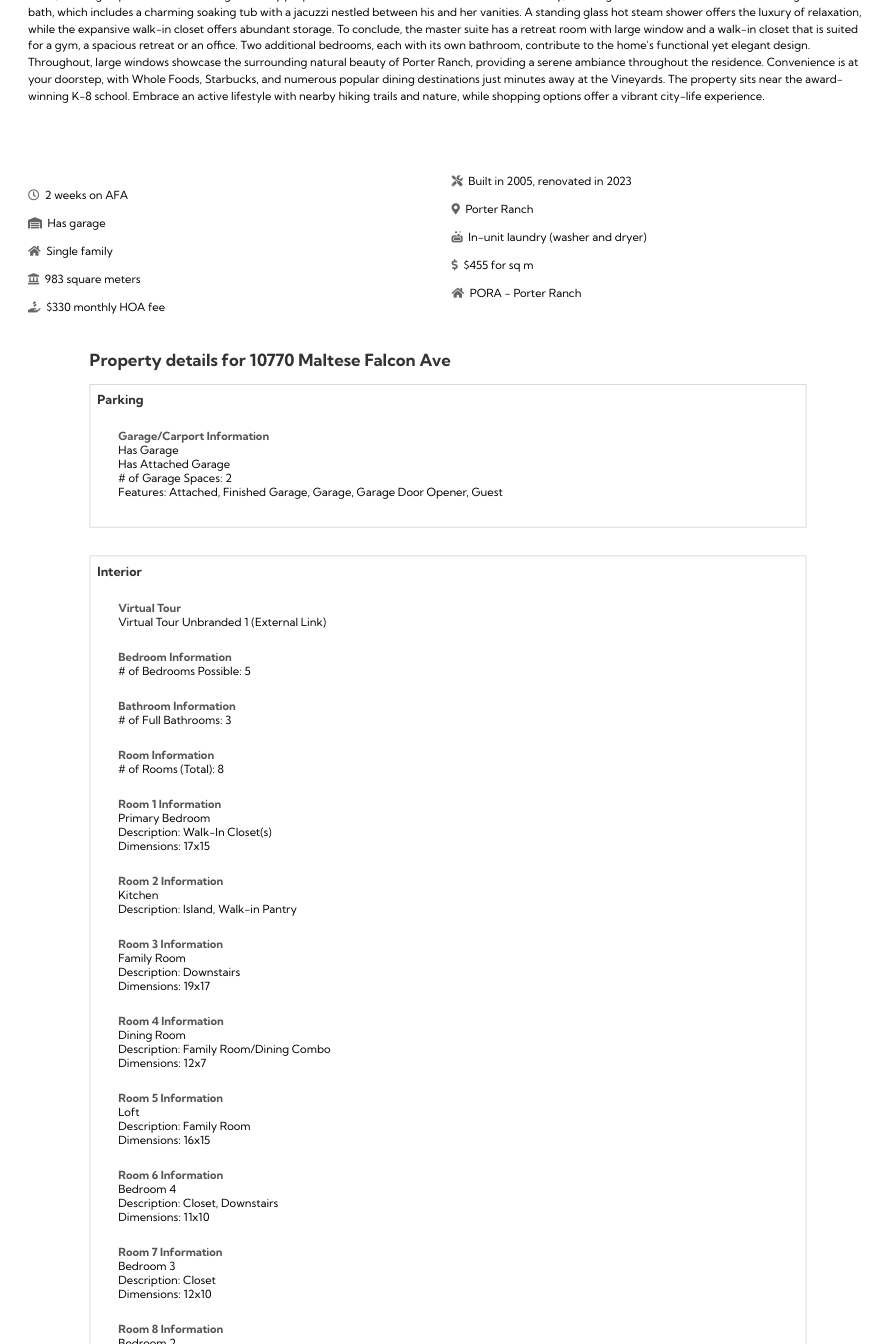
Repository: MrAllin1/ProgWWW_23_Gr1
Page: pages/House4.html
The author's editor kept a copy of each file at every save. The page is drawn from the files as they stood at one save, then again after the next save.
The browser window is 1280 px wide. The pictures show the part of the page from y = 862 to 2782 px (the page is 6290 px tall before and 6310 px after), at 70% of full size.
Some web libraries are served in a nearby version.

Above is the page before, as saved 2024-01-11 12:10:46.

### pages/House4.html
<!DOCTYPE html>
<html lang="en">
<head>
    <meta charset="UTF-8">
    <meta name="viewport" content="width=device-width, initial-scale=1.0">
    <link rel="stylesheet" type="text/css" href="../pages/stylesForHouse.css">
    <script src="https://kit.fontawesome.com/186711ed6a.js" crossorigin="anonymous"></script>
    <link rel="preconnect" href="https://fonts.googleapis.com">
    <link rel="preconnect" href="https://fonts.gstatic.com" crossorigin>
    <link href="https://fonts.googleapis.com/css2?family=Kumbh+Sans:wght@400;700&display=swap" rel="stylesheet">
    <link rel="stylesheet" href="https://cdnjs.cloudflare.com/ajax/libs/font-awesome/5.15.4/css/all.min.css">
    <title>House on Porter Ranch</title>
</head>
<body>
    <nav class="navbar">
        <div class="navbar_container">
            <a href="/" id="navbar_logo"> <i class="fas fa-house-flag"></i>AFA</a>
            <div class="navbar_toggle" id="mobile-menu">
                <span class="bar"></span>
                <span class="bar"></span>
                <span class="bar"></span>
            </div>
            <ul class="navbar_menu">
                <li class="navbar_item">
                    <a href="#home" class="navbar_link">Home</a>
                </li>
                <li class="navbar_item">
                    <a href="#services" class="navbar_link">Services</a>
                </li>
                <li class="navbar_item">
                    <a href="/pages/BuyRent.html" class="navbar_link">Buy/Rent</a>
                </li>
                <li class="navbar_item">
                    <a href="/pages/sell.html" class="navbar_link">Sell</a>
                </li>
                <li class="navbar_btn">
                    <a href="/pages/signUp.html" class="button">Sign Up</a>
                </li>
            </ul>
        </div>
    </nav>
    <div class="gallery-container">
        <h1>Welcome to the Porter Ranch, CA 91326 House</h1> </br>
        <a href="https://www.google.com/maps/place/20352+Via+Galileo,+Porter+Ranch,+CA+91326" target="_blank" class="services_link">20352 Via Galileo, Porter Ranch, CA 91326</a>
        <p>$2,149,000</p>
        <span>439 square meters</span>
        <div class="gallery">
            <img src="/images/House_5/item_1.jpg" alt="Image 1" />
            <img src="/images/House_5/item_2.jpg" alt="Image 2" />
            <img src="/images/House_5/item_3.jpg" alt="Image 3" />
            <img src="/images/House_5/item_4.jpg" alt="Image 4" />
            <img src="/images/House_5/item_5.jpg" alt="Image 5" />
            <img src="/images/House_5/item_6.jpg" alt="Image 6" />
            <img src="/images/House_5/item_7.jpg" alt="Image 7" />
            <img src="/images/House_5/item_8.jpg" alt="Image 8" />
            <img src="/images/House_5/item_9.jpg" alt="Image 9" />
            <img src="/images/House_5/item_10.jpg" alt="Image 10" />
            <img src="/images/House_5/item_11.jpg" alt="Image 11" />
            <img src="/images/House_5/item_12.jpg" alt="Image 12" />
            <img src="/images/House_5/item_13.jpg" alt="Image 13" />
            <img src="/images/House_5/item_14.jpg" alt="Image 14" />
            <img src="/images/House_5/item_15.jpg" alt="Image 15" />
            <img src="/images/House_5/item_16.jpg" alt="Image 16" />
            <img src="/images/House_5/item_17.jpg" alt="Image 17" />
            <img src="/images/House_5/item_18.jpg" alt="Image 18" />
            <img src="/images/House_5/item_19.jpg" alt="Image 19" />
            <img src="/images/House_5/item_20.jpg" alt="Image 20" />
            <img src="/images/House_5/item_21.jpg" alt="Image 21" />
            <img src="/images/House_5/item_22.jpg" alt="Image 22" />
            <img src="/images/House_5/item_23.jpg" alt="Image 23" />
            <img src="/images/House_5/item_24.jpg" alt="Image 24" />
            <img src="/images/House_5/item_25.jpg" alt="Image 25" />
            <img src="/images/House_5/item_26.jpg" alt="Image 26" />
            <img src="/images/House_5/item_27.jpg" alt="Image 27" />
            <img src="/images/House_5/item_28.jpg" alt="Image 28" />
            <img src="/images/House_5/item_29.jpg" alt="Image 29" />
            <img src="/images/House_5/item_30.jpg" alt="Image 30" />
            <img src="/images/House_5/item_31.jpg" alt="Image 31" />
            <img src="/images/House_5/item_32.jpg" alt="Image 32" />
            <img src="/images/House_5/item_33.jpg" alt="Image 33" />
            <img src="/images/House_5/item_34.jpg" alt="Image 34" />
            <img src="/images/House_5/item_35.jpg" alt="Image 35" />
            <img src="/images/House_5/item_36.jpg" alt="Image 36" />
            <img src="/images/House_5/item_37.jpg" alt="Image 37" />
            <img src="/images/House_5/item_38.jpg" alt="Image 38" />
            <img src="/images/House_5/item_39.jpg" alt="Image 39" />
            <img src="/images/House_5/item_40.jpg" alt="Image 40" />
            <img src="/images/House_5/item_41.jpg" alt="Image 41" />
            <img src="/images/House_5/item_42.jpg" alt="Image 42" />
            <img src="/images/House_5/item_43.jpg" alt="Image 43" />
            <img src="/images/House_5/item_44.jpg" alt="Image 44" />
            <img src="/images/House_5/item_45.jpg" alt="Image 45" />
            <img src="/images/House_5/item_46.jpg" alt="Image 46" />
            <img src="/images/House_5/item_47.jpg" alt="Image 47" />
            <img src="/images/House_5/item_48.jpg" alt="Image 48" />
            <img src="/images/House_5/item_49.jpg" alt="Image 49" />
        </div>

          <button class="arrow-button left">&#8249;</button>
          <button class="arrow-button right">&#8250;</button>
          <p><strong> About this home</strong></br> Indulge in luxury living amidst panoramic sunset views within the esteemed gated community of Renaissance at Porter Ranch. Enter this two-story 4,721 sqft estate through a spacious foyer accented by floating marble stairs and an iron-rod spiral staircase leading to the upper level. The main floor boasts a high ceiling living room anchored by a fireplace over travertine flooring. The family room is bathed in natural light streaming from glass large window that faces the yard for spectacular unobstructed hillside views. Adjacent to the family area is the gourmet kitchen, outfitted with stainless steel appliances and cabinetry. The main level also features a versatile space, and two convenient bedrooms with an attached bathroom for each. The expansive backyard boasts magnificent sunset views, a spacious solar-heated pool with fountain filtration, a spa, and a fireplace. Ascending to the upper level reveals a sizable den that can be used as an office or a game room, offering a spacious retreat. The generously proportioned master suite exudes comfort and luxury, boasting hardwood floor and marble flooring in the master bath, which includes a charming soaking tub with a jacuzzi nestled between his and her vanities. A standing glass hot steam shower offers the luxury of relaxation, while the expansive walk-in closet offers abundant storage. To conclude, the master suite has a retreat room with large window and a walk-in closet that is suited for a gym, a spacious retreat or an office. Two additional bedrooms, each with its own bathroom, contribute to the home's functional yet elegant design. Throughout, large windows showcase the surrounding natural beauty of Porter Ranch, providing a serene ambiance throughout the residence. Convenience is at your doorstep, with Whole Foods, Starbucks, and numerous popular dining destinations just minutes away at the Vineyards. The property sits near the award-winning K-8 school. Embrace an active lifestyle with nearby hiking trails and nature, while shopping options offer a vibrant city-life experience.</p>
    </div>
</br>
    <div class="property-features">
      <div class="feature">
        <i class="far fa-clock"></i> 2 weeks on AFA
      </div>
      <div class="feature">
        <i class="fas fa-warehouse"></i> Has garage
      </div>
      <div class="feature">
        <i class="fas fa-home"></i> Single family
      </div>
      <div class="feature">
        <i class="fas fa-landmark"></i> 983 square meters
      </div>
      <div class="feature">
        <i class="fas fa-hand-holding-usd"></i> $330 monthly HOA fee
      </div>
      <div class="feature">
        <i class="fas fa-tools"></i> Built in 2005, renovated in 2023
      </div>
      <div class="feature">
        <i class="fas fa-map-marker-alt"></i> Porter Ranch
      </div>
      <div class="feature">
        <i class="fas fa-soap"></i>In-unit laundry (washer and dryer)
      </div>
      <div class="feature">
        <i class="fas fa-dollar-sign"></i> $455 for sq m
    </div>
      <div class="feature">
        <i class="fas fa-home"></i> PORA - Porter Ranch
      </div>
    </div>
    <div class="container">
        <h1>Property details for 10770 Maltese Falcon Ave</h1>
        <div class="details">
            <div class="section">
                <h2>Parking</h2>
                <ul>
                    <li><strong>Garage/Carport Information</strong><br>
                        Has Garage<br>
                        Has Attached Garage<br>
                        # of Garage Spaces: 2<br>
                        Features: Attached, Finished Garage, Garage, Garage Door Opener, Guest
                    </li>
                </ul>
            </div>
        </div>

        <div class="details">
            <div class="section">
                <h2>Interior</h2>
                <ul>
                    <li><strong>Virtual Tour</strong><br>
                        Virtual Tour Unbranded 1 (External Link)
                    </li>
                    <li><strong>Bedroom Information</strong><br>
                        # of Bedrooms Possible: 5
                    </li>
                    <li><strong>Bathroom Information</strong><br>
                        # of Full Bathrooms: 3
                    </li>
                    <li><strong>Room Information</strong><br>
                        # of Rooms (Total): 8
                    </li>
                    <li><strong>Room 1 Information</strong><br>
                        Primary Bedroom<br>
                        Description: Walk-In Closet(s)<br>
                        Dimensions: 17x15
                    </li>
                    <li><strong>Room 2 Information</strong><br>
                        Kitchen<br>
                        Description: Island, Walk-in Pantry
                    </li>
                    <li><strong>Room 3 Information</strong><br>
                        Family Room<br>
                        Description: Downstairs<br>
                        Dimensions: 19x17
                    </li>
                    <li><strong>Room 4 Information</strong><br>
                        Dining Room<br>
                        Description: Family Room/Dining Combo<br>
                        Dimensions: 12x7
                    </li>
                    <li><strong>Room 5 Information</strong><br>
                        Loft<br>
                        Description: Family Room<br>
                        Dimensions: 16x15
                    </li>
                    <li><strong>Room 6 Information</strong><br>
                        Bedroom 4<br>
                        Description: Closet, Downstairs<br>
                        Dimensions: 11x10
                    </li>
                    <li><strong>Room 7 Information</strong><br>
                        Bedroom 3<br>
                        Description: Closet<br>
                        Dimensions: 12x10
                    </li>
                    <li><strong>Room 8 Information</strong><br>
                        Bedroom 2<br>
                        Description: Closet<br>
                        Dimensions: 12x11
                    </li>
                    <li><strong>Laundry Information</strong><br>
                        Features: Gas Dryer Hookup, Laundry Room, Upper Level
                    </li>
                    <li><strong>Equipment</strong><br>
                        Appliances: Built-In Gas Oven, Dryer, Dishwasher, Gas Cooktop, Disposal, Microwave, Refrigerator, Washer
                    </li>
                    <li><strong>Interior Features</strong><br>
                        Window Features: Blinds, Double Pane Windows, Drapes, Insulated Windows, Window Treatments<br>
                        Unfurnished<br>
                        Flooring: Laminate, Tile<br>
                        Other Features: Bedroom on Main Level, None, Window Treatments, Programmable Thermostat
                    </li>
                </ul>
            </div>
        </div>

        <div class="details">
            <div class="section">
                <h2>Exterior</h2>
                <ul>
                    <li><strong>Building Information</strong><br>
                        Stories: 2<br>
                        Year Built Details: RESALE<br>
                        Roof Details: Tile
                    </li>
                    <li><strong>Exterior Features</strong><br>
                        Exterior Features: Barbecue, Patio, Private Yard, Sprinkler/Irrigation<br>
                        Patio And Porch Features: Covered, Patio<br>
                        Security Features: Pre Wired, Security System Owned, Controlled Access<br>
                        Fencing: Block, Back Yard
                    </li>
                    <li><strong>Green Features</strong><br>
                        Green Energy Efficient: Windows, HVAC, Solar Panel(s)
                    </li>
                    <li><strong>Pool Information</strong><br>
                        Pool Features: Community
                    </li>
                </ul>
            </div>
        </div>

        <div class="details">
            <div class="section">
                <h2>Lot Information</h2>
                <ul>
                    <li><strong>Lot Size Area:</strong> 0.08<br>
                        <strong>Lot Size Acres:</strong> 0.08<br>
                        <strong>Lot Features:</strong> Back Yard, Desert Landscaping, Front Yard, Sprinklers In Front, Landscaped, Sprinklers Timer, < 1/4 Acre
                    </li>
                </ul>
            </div>
        </div>

        <div class="details">
            <div class="section">
                <h2>Property Information</h2>
                <ul>
                    <li><strong>Direction Faces:</strong> South<br>
                        <strong>Resale</strong><br>
                        <strong>Zoning Description:</strong> Single Family
                    </li>
                </ul>
            </div>
        </div>

        <div class="details">
            <div class="section">
                <h2>Financial</h2>
                <ul>
                    <li><strong>Tax Information</strong><br>
                        Annual Amount: $5,279
                    </li>
                </ul>
            </div>
        </div>

        <div class="details">
            <div class="section">
                <h2>Utilities</h2>
                <ul>
                    <li><strong>Utility Information</strong><br>
                        Utilities: Underground Utilities<br>
                        Electric: Photovoltaics Third-Party Owned<br>
                        Sewer: Public Sewer<br>
                        Water Source: Public
                    </li>
                </ul>
            </div>
        </div>

        <div class="details">
            <div class="section">
                <h2>Heating & Cooling</h2>
                <ul>
                    <li><strong>Has Cooling</strong><br>
                        Cooling: Central Air, Electric, ENERGY STAR Qualified Equipment, 2 Units<br>
                        <strong>Has Heating</strong><br>
                        Heating: Central, Gas, Multiple Heating Units
                    </li>
                </ul>
            </div>
        </div>

        <div class="details">
            <div class="section">
                <h2>Location</h2>
                <ul>
                    <li><strong>HOA Information</strong><br>
                        Has Home Owners Association<br>
                        Association Name: Hidden Hills<br>
                        Association Fee: $75 Monthly<br>
                        Association Amenities: Clubhouse, Dog Park, Barbecue, Pool
                    </li>
                </ul>
            </div>
        </div>

        <div class="details">
            <div class="section">
                <h2>School</h2>
                <ul>
                    <li><strong>Elementary School:</strong> Conners Eileen, Conners Eileen<br>
                        <strong>Middle Or Junior School:</strong> Leavitt Justice Myron E<br>
                        <strong>High School:</strong> Centennial
                    </li>
                </ul>
            </div>
        </div>

        <div class="details">
            <div class="section">
                <h2>Community Information</h2>
                <ul>
                    <li><strong>Community Features:</strong> Pool</li>
                </ul>
            </div>
        </div>

        <div class="details">
            <div class="section">
                <h2>Location Information</h2>
                <ul>
                    <li><strong>Distance To Sewer Comments:</strong> Public<br>
                        <strong>Distance To Water Comments:</strong> Public
                    </li>
                </ul>
            </div>
        </div>
    </div>


      <div class="container">
        <h1>About climate risks</h1>
        <p>Climate risks have some of natural disasters and may be impacted by climate change due to rising temperatures and sea levels.</p>

        <div class="risk-factor" id="floodRisk">
            <h2>Flood Factor</h2>
            <p>Unlikely to flood in next 50 years.</p>
        </div>

        <div class="risk-factor" id="fireRisk">
            <h2>Fire Factor</h2>
            <p>Unlikely to be in a wildfire in next 50 years.</p>
        </div>

        <div class="risk-factor" id="heatRisk">
            <h2>Heat Factor</h2>
            <p>7 days above 99° expected this year, 14 days in 30 years.</p>
        </div>
    </div>
    <div class="footer_container">
        <div class="footer_links">
            <div class="footer_link-wrapper">
                <div class="footer_link-items">
                    <h2>About Us</h2>
                    <a href="/">How it works</a>
                    <a href="/">Testimonials</a>
                    <a href="/">Careers</a>
                    <a href="/">Terms of Service</a>
                </div>
                <div class="footer_link-items">
                    <h2>Contact Us</h2>
                    <a href="/">Contact</a>
                    <a href="/">Support</a>
                    <a href="/">Thro Gmail</a>
                    <a href="/">Phone number</a>
                </div>
            </div>
            <div class="footer_link-wrapper">
                <div class="footer_link-items">
                    <h2>Partners</h2>
                    <a href="/">A RealEstate</a>
                    <a href="/">B RealEstate</a>
                    <a href="/">C RealEstate</a>
                    <a href="/">D RealEstate</a>
                </div>
                <div class="footer_link-items">
                    <h2>Social media</h2>
                    <a href="https://www.instagram.com" target="_blank">Instagram</a>
                    <a href="https://www.facebook.com" target="_blank">Facebook</a>
                    <a href="https://www.linkedin.com" target="_blank">LinkedIn</a>
                    <a href="https://www.twitter.com" target="_blank">Twitter</a>
                </div>
            </div>
        </div>
        <div class="social_media">
            <div class="social_media-wrap">
                <div class="footer_logo">
                    <a href="/" id="footer_logo"> <i class="fas fa-house-flag"></i>AFA</a>
                </div>
                <p class="website_rights">AFA © 2023.All rights reserved</p>
                <div class="social_icons">
                    <a href="/" class="social_icon_link" target="_blank"><i class="fab fa-facebook"></i></a>
                    <a href="https://www.instagram.com" class="social_icon_link" target="_blank"><i class="fab fa-instagram"></i></a>
                    <a href="https://www.facebook.com" class="social_icon_link" target="_blank"><i class="fab fa-youtube"></i></a>
                    <a href="https://www.twitter.com" class="social_icon_link" target="_blank"><i class="fab fa-twitter"></i></a>
                    <a href="https://www.linkedin.com" class="social_icon_link" target="_blank"><i class="fab fa-linkedin"></i></a>
                </div>
            </div>
        </div>
    </div>

    <script src="../app.js"></script>

</body>
</html>

Loaded but not shown: app.js (155 lines, source omitted); pages/stylesForHouse.css (778 lines, source omitted)

After the next save:
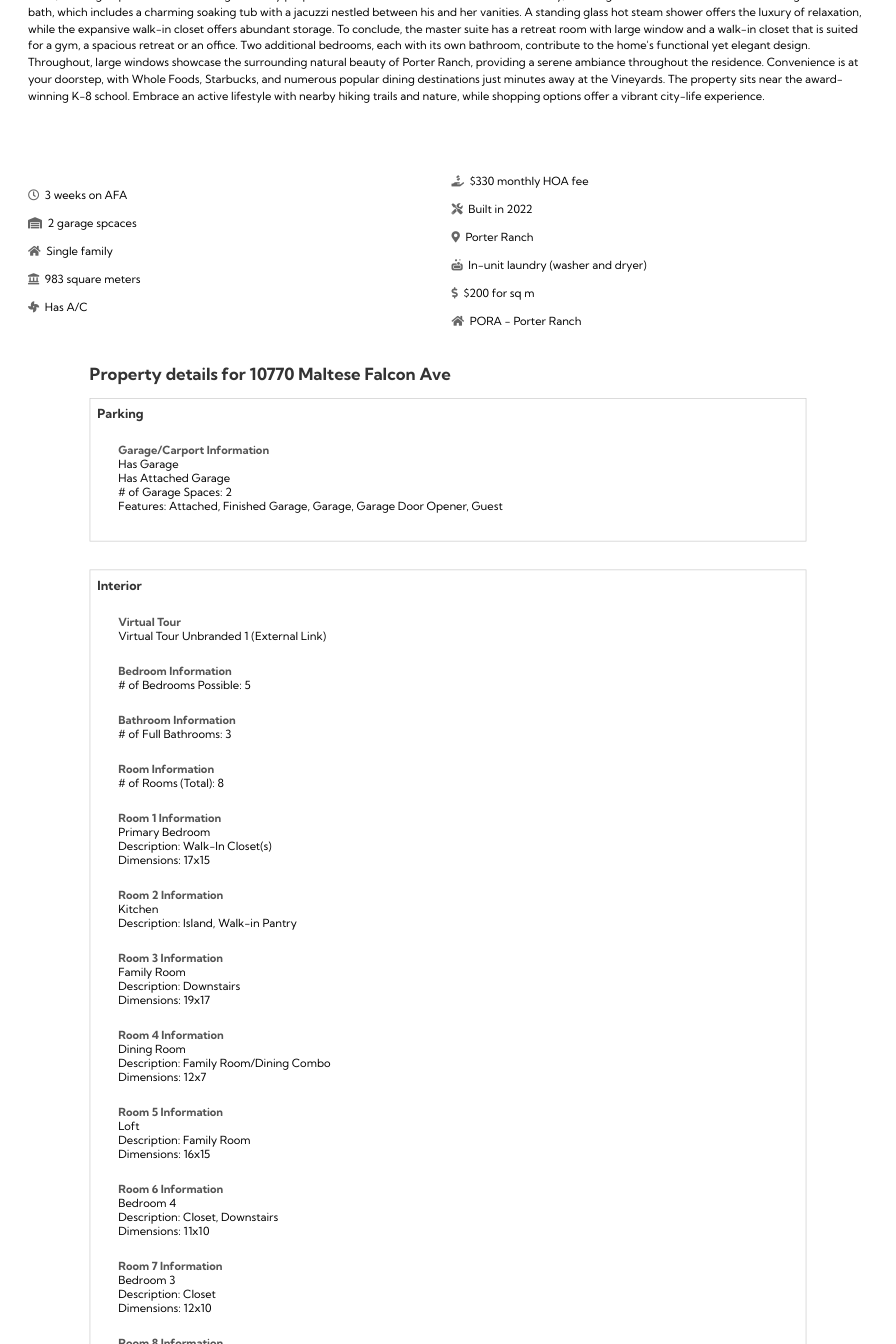
Saved 4 s later.
--- a/pages/House4.html
+++ b/pages/House4.html
@@ -103,10 +103,10 @@
 </br>
     <div class="property-features">
       <div class="feature">
-        <i class="far fa-clock"></i> 2 weeks on AFA
-      </div>
-      <div class="feature">
-        <i class="fas fa-warehouse"></i> Has garage
+        <i class="far fa-clock"></i> 3 weeks on AFA
+      </div>
+      <div class="feature">
+        <i class="fas fa-warehouse"></i> 2 garage spcaces
       </div>
       <div class="feature">
         <i class="fas fa-home"></i> Single family
@@ -115,10 +115,13 @@
         <i class="fas fa-landmark"></i> 983 square meters
       </div>
       <div class="feature">
+        <i class="fas fa-fan"></i> Has A/C
+      </div>
+      <div class="feature">
         <i class="fas fa-hand-holding-usd"></i> $330 monthly HOA fee
       </div>
       <div class="feature">
-        <i class="fas fa-tools"></i> Built in 2005, renovated in 2023
+        <i class="fas fa-tools"></i> Built in 2022
       </div>
       <div class="feature">
         <i class="fas fa-map-marker-alt"></i> Porter Ranch
@@ -127,7 +130,7 @@
         <i class="fas fa-soap"></i>In-unit laundry (washer and dryer)
       </div>
       <div class="feature">
-        <i class="fas fa-dollar-sign"></i> $455 for sq m
+        <i class="fas fa-dollar-sign"></i> $200 for sq m
     </div>
       <div class="feature">
         <i class="fas fa-home"></i> PORA - Porter Ranch
